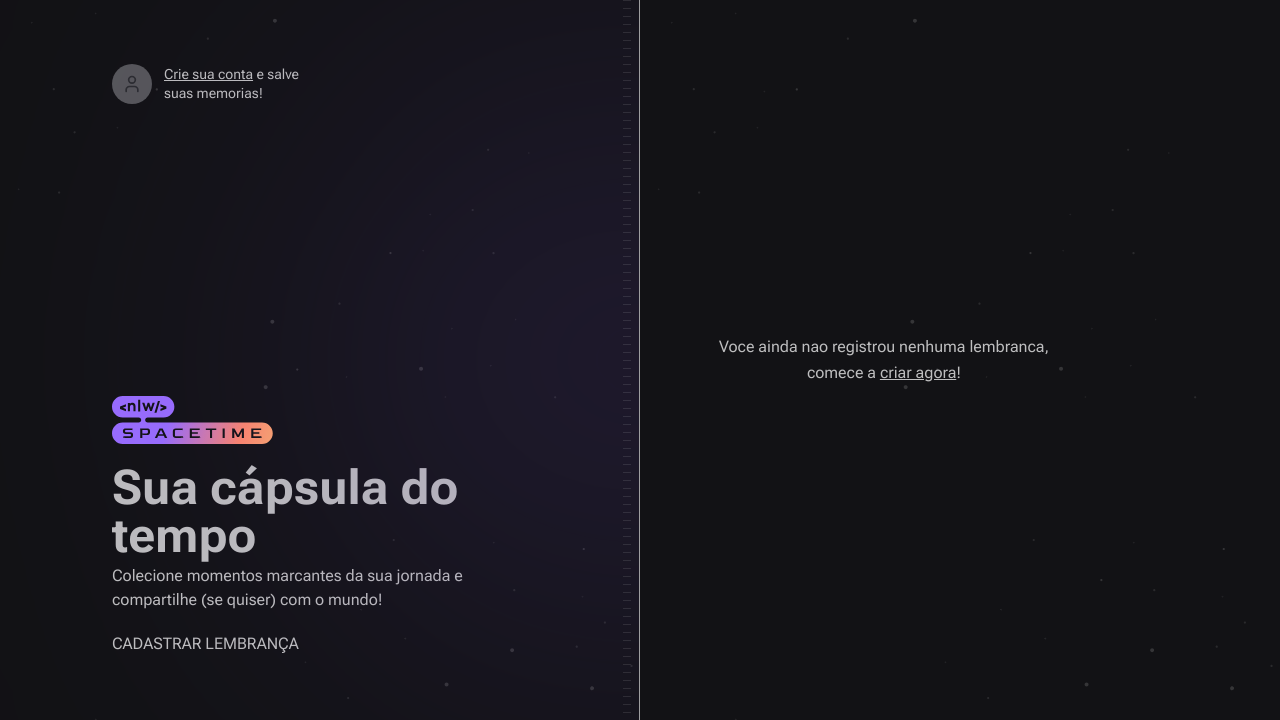
Repository: viniimartins/NLWSpacetime
Page: /
These files come from the project's save history. The page is drawn as it stood at one moment and after a run of saves; the edit follows.
The browser window is 1280 px wide. The pictures show the whole page.
Some web fonts or font styles are not loaded; a fallback is used. The project was rebuilt for these pictures with package versions that can differ from the ones it lists, and the page was loaded fresh each time. The framework's server and built-in components were replaced by stand-ins that run in the browser. Also part of the build but not shown: next.config.js.

Above is the page before, as saved 2023-05-28 19:48:17.

After the next 3 saves:
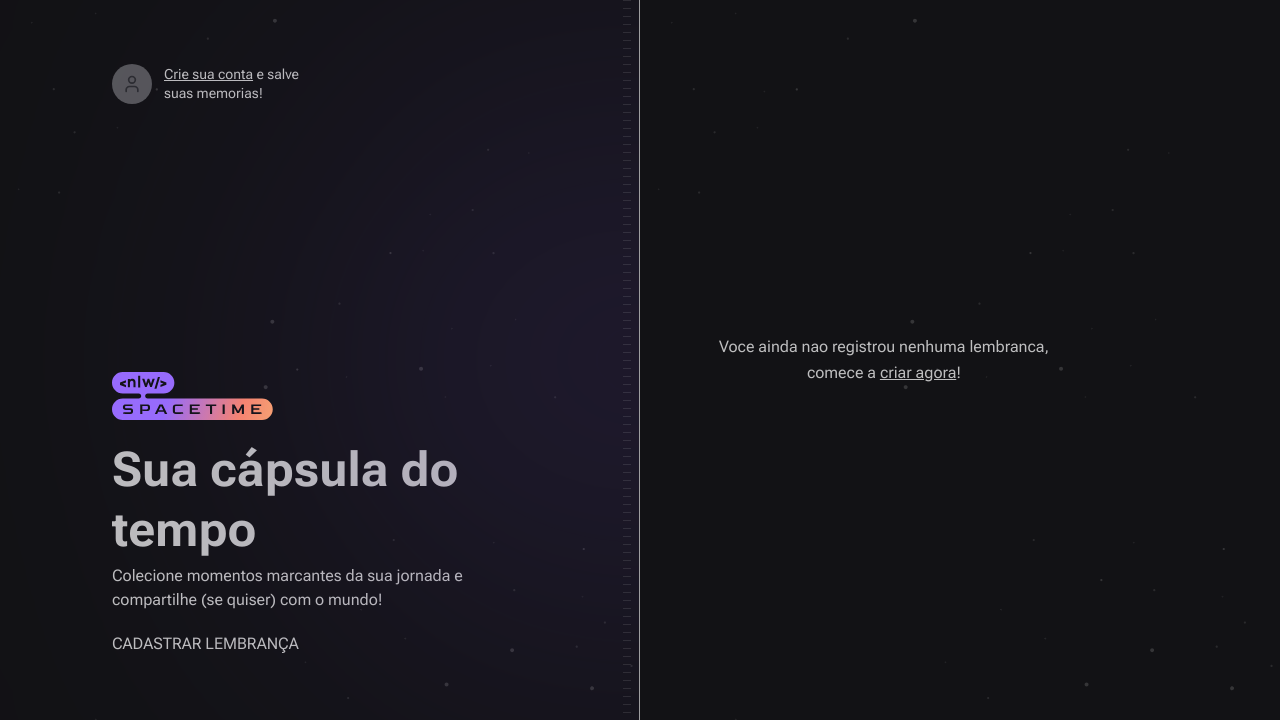
The 3 saves are shown as one change because they came seconds apart.
The last was saved 9 s later.
--- a/src/app/page.tsx
+++ b/src/app/page.tsx
@@ -35,7 +35,7 @@ export default function Home() {
           <Image src={nlwLogo} alt="NLW Spacetime" />
 
           <div className="max-w-[420px] space-y-1">
-            <h1 className="mt-5 text-5xl font-bold leading">Sua cápsula do tempo</h1>
+            <h1 className="mt-5 text-5xl font-bold leading-tight">Sua cápsula do tempo</h1>
             <p>
               Colecione momentos marcantes da sua jornada e compartilhe (se
               quiser) com o mundo!
